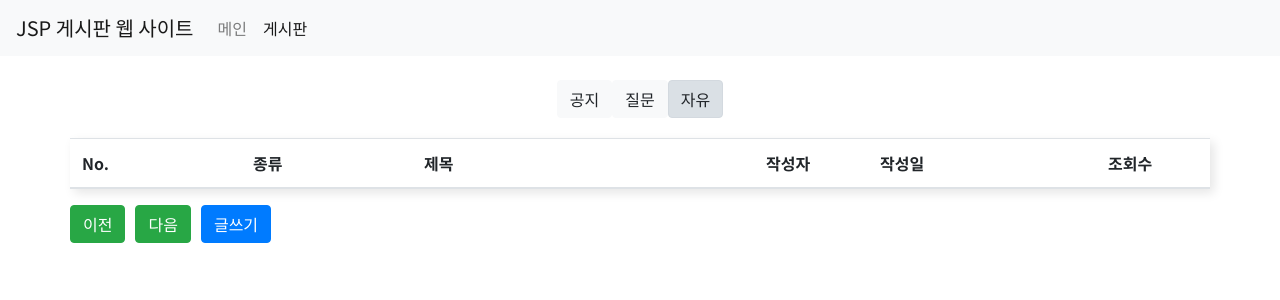
Repository: hz6450/2024-summer-jsp-notice-project
Page: http://localhost/BBS/BBS-FREE.jsp
The author's editor kept a copy of each file at every save. The page is drawn from the files as they stood at one save, then again after the next save.
The browser window is 1280 px wide. The pictures show the whole page.
Some web fonts or font styles are not loaded; a fallback is used. Some web libraries are served in a nearby version. The page is served by Tomcat 10. Other server files are loaded and not shown. Queries for data that is not in the repository find no rows.

Above is the page before, as saved 2024-07-16 04:56:18.

### projects/BBS/src/main/webapp/BBS-FREE.jsp
<%@ page language="java" contentType="text/html; charset=UTF-8"
    pageEncoding="UTF-8"%>
<%@ page import="java.io.PrintWriter"%>
<%@ page import="bbs.BbsDAO"%>
<%@ page import="bbs.Bbs"%>
<%@ page import="java.util.ArrayList"%>
<!DOCTYPE html>
<html>
<link rel="stylesheet" href="css/custom-font.css">
<head>
<meta charset="UTF-8">
<meta name="viewport" content="width=device-width, initial-scale=1">
<title>JSP 게시판 웹 사이트</title>
<link rel="stylesheet"
    href="https://stackpath.bootstrapcdn.com/bootstrap/4.5.2/css/bootstrap.min.css">
<style type="text/css">
/* Custom CSS styles can go here */
#bbs-table {
    box-shadow: 4px 4px 10px rgba(0, 0, 0, 0.1);
}

#bbs-table th, #bbs-table td {
    vertical-align: middle;
}

.btn-arrow-left {
    margin-right: 10px;
}

/* Custom style for button container */
.btn-container {
    display: flex;
    justify-content: center; /* Center align buttons */
    margin-bottom: 20px; /* Add bottom margin for spacing */
}
</style>
</head>

<body>
    <%
    String userID = null;
    if (session.getAttribute("userID") != null) {
        userID = (String) session.getAttribute("userID");

    }
    int pageNumber = 1;
    if (request.getParameter("pageNumber") != null) {
        pageNumber = Integer.parseInt(request.getParameter("pageNumber"));
    }
    %>

    <nav class="navbar navbar-expand-lg navbar-light bg-light">
        <a class="navbar-brand" href="main.jsp">JSP 게시판 웹 사이트</a>
        <button class="navbar-toggler" type="button" data-toggle="collapse"
            data-target="#bs-example-navbar-collapse-1"
            aria-controls="bs-example-navbar-collapse-1" aria-expanded="false"
            aria-label="Toggle navigation">
            <span class="navbar-toggler-icon"></span>
        </button>

        <div class="collapse navbar-collapse"
            id="bs-example-navbar-collapse-1">
            <ul class="navbar-nav mr-auto">
                <li class="nav-item"><a class="nav-link" href="main.jsp">메인</a>
                </li>
                <li class="nav-item active"><a class="nav-link" href="BBS.jsp">게시판</a>
                </li>
            </ul>
        </div>
    </nav>

    <div class="container mt-4">

        <div class="btn-container">
            <button type="button" class="btn btn-light " onclick="location.href='BBS.jsp'">공지</button>
            <button type="button" class="btn btn-light" onclick="location.href='BBS-QUESTION.jsp'">질문</button>
            <button type="button" class="btn btn-light active" onclick="location.href='BBS-FREE.jsp'">자유</button>
        </div>

        <div class="row">
            <table class="table table-striped" id="bbs-table">
                <thead>
                    <tr>
                        <th scope="col" style="width: 15%">No.</th>
                        <th scope="col" style="width: 15%">종류</th>
                        <th scope="col" style="width: 30%">제목</th>
                        <th scope="col" style="width: 10%">작성자</th>
                        <th scope="col" style="width: 20%">작성일</th>
                        <th scope="col">조회수</th>
                    </tr>
                </thead>
                <tbody>
                    <%
                    BbsDAO bbsDAO = new BbsDAO();
                    ArrayList<Bbs> list = bbsDAO.getListFree(pageNumber);
                    for (int i = 0; i < list.size(); i++) {
                    %>
                    <tr>
                        <td><%=list.get(i).getBbsId()%></td>
                        <td><%=list.get(i).getBbsCategory()%></td>
                        <td><a href="view.jsp?bbsID=<%=list.get(i).getBbsId()%>"><%=list.get(i).getBbsTitle()%></a></td>
                        <td><%=list.get(i).getUserID()%></td>
                        <td><%=list.get(i).getBbsDate().substring(0, 16).replace(" ", "<br>")%></td>
                        <td><%=list.get(i).getBbsView()%></td>
                    </tr>
                    <%
                    }
                    %>
                </tbody>
            </table>

            <div class="d-flex justify-content-between align-items-center">
                <a href="BBS.jsp?pageNumber=<%=pageNumber - 1%>"
                    class="btn btn-success btn-arrow-left">이전</a> <a
                    href="BBS.jsp?pageNumber=<%=pageNumber + 1%>"
                    class="btn btn-success btn-arrow-left">다음</a> <a href="write.jsp"
                    class="btn btn-primary">글쓰기</a>
            </div>
        </div>
    </div>

    <script src="https://code.jquery.com/jquery-3.5.1.slim.min.js"></script>
    <script
        src="https://cdn.jsdelivr.net/npm/@popperjs/core@1.16.1/dist/umd/popper.min.js"></script>
    <script
        src="https://stackpath.bootstrapcdn.com/bootstrap/4.5.2/js/bootstrap.min.js"></script>
</body>

</html>

### projects/BBS/src/main/java/bbs/BbsDAO.java
package bbs;

import java.sql.Connection;
import java.sql.DriverManager;
import java.sql.PreparedStatement;
import java.sql.ResultSet;
import java.util.ArrayList;

public class BbsDAO {

	private Connection conn;
	private ResultSet rs;

	public BbsDAO() {
		try {
			String dbURL = "jdbc:mysql://localhost:3306/BBS";
			String dbID = "root";
			String dbPassword = "6450";
			Class.forName("com.mysql.jdbc.Driver");
			conn = DriverManager.getConnection(dbURL, dbID, dbPassword);
		} catch (Exception e) {
			e.printStackTrace();
		}
	}

	public String getDate() {
		String SQL = "SELECT NOW()";
		try {
			PreparedStatement pstmt = conn.prepareStatement(SQL);
			rs = pstmt.executeQuery();
			if (rs.next()) {
				return rs.getString(1);
			}
		} catch (Exception e) {
			e.printStackTrace();
		}
		return "";
	}

	public int getNext() {
		String SQL = "SELECT bbsID FROM BBS ORDER BY bbsID DESC";
		try {
			PreparedStatement pstmt = conn.prepareStatement(SQL);
			rs = pstmt.executeQuery();
			if (rs.next()) {
				return rs.getInt(1) + 1;
			}
		} catch (Exception e) {
			e.printStackTrace();
		}
		return 1;
	}

	public int write(String bbsTitle, String userID, String bbsContent, String bbsCategory) {
		String SQL = "INSERT INTO BBS VALUE(?,?,?,?,?,?,?,?)";
		try {
			PreparedStatement pstmt = conn.prepareStatement(SQL);

			pstmt.setInt(1, getNext());
			pstmt.setString(2, bbsTitle);
			pstmt.setString(3, userID);
			pstmt.setString(4, getDate());
			pstmt.setString(5, bbsContent);
			pstmt.setInt(6, 1);
			pstmt.setInt(7, 0);
			pstmt.setString(8, bbsCategory);
			return pstmt.executeUpdate();
		} catch (Exception e) {
			e.printStackTrace();
		}
		return -1;
	}

	public ArrayList<Bbs> getList(int pageNumber) {
		String SQL = "SELECT * From BBS WHERE bbsID < ? AND bbsCategory=\"공지\" AND bbsAvailable = 1 ORDER BY bbsID DESC LIMIT 5";
		ArrayList<Bbs> list = new ArrayList<Bbs>();
		try {
			PreparedStatement pstmt = conn.prepareStatement(SQL);
			pstmt.setInt(1, getNext() - (pageNumber - 1) * 5);
			rs = pstmt.executeQuery();
			while (rs.next()) {
				Bbs bbs = new Bbs();
				bbs.setBbsId(rs.getInt(1));
				bbs.setBbsTitle(rs.getString(2));
				bbs.setUserID(rs.getString(3));
				bbs.setBbsDate(rs.getString(4));
				bbs.setBbsContent(rs.getString(5));
				bbs.setBbsAvailable(rs.getInt(6));
				bbs.setBbsView(rs.getInt(7));
				bbs.setBbsCategory(rs.getString(8));
				list.add(bbs);
			}
		} catch (Exception e) {
			e.printStackTrace();
		}
		return list;
	}

	public ArrayList<Bbs> getListFree(int pageNumber) {
		String SQL = "SELECT * From BBS WHERE bbsID < ? AND bbsCategory=\"자유\" AND bbsAvailable = 1 ORDER BY bbsID DESC LIMIT 5";
		ArrayList<Bbs> list = new ArrayList<Bbs>();
		try {
			PreparedStatement pstmt = conn.prepareStatement(SQL);
			pstmt.setInt(1, getNext() - (pageNumber - 1) * 5);
			rs = pstmt.executeQuery();
			while (rs.next()) {
				Bbs bbs = new Bbs();
				bbs.setBbsId(rs.getInt(1));
				bbs.setBbsTitle(rs.getString(2));
				bbs.setUserID(rs.getString(3));
				bbs.setBbsDate(rs.getString(4));
				bbs.setBbsContent(rs.getString(5));
				bbs.setBbsAvailable(rs.getInt(6));
				bbs.setBbsView(rs.getInt(7));
				bbs.setBbsCategory(rs.getString(8));
				list.add(bbs);
			}
		} catch (Exception e) {
			e.printStackTrace();
		}
		return list;
	}

	public ArrayList<Bbs> getListQuestion(int pageNumber) {
		String SQL = "SELECT * From BBS WHERE bbsID < ? AND bbsCategory=\"질문\" AND bbsAvailable = 1 ORDER BY bbsID DESC LIMIT 5";
		ArrayList<Bbs> list = new ArrayList<Bbs>();
		try {
			PreparedStatement pstmt = conn.prepareStatement(SQL);
			pstmt.setInt(1, getNext() - (pageNumber - 1) * 5);
			rs = pstmt.executeQuery();
			while (rs.next()) {
				Bbs bbs = new Bbs();
				bbs.setBbsId(rs.getInt(1));
				bbs.setBbsTitle(rs.getString(2));
				bbs.setUserID(rs.getString(3));
				bbs.setBbsDate(rs.getString(4));
				bbs.setBbsContent(rs.getString(5));
				bbs.setBbsAvailable(rs.getInt(6));
				bbs.setBbsView(rs.getInt(7));
				bbs.setBbsCategory(rs.getString(8));
				list.add(bbs);
			}
		} catch (Exception e) {
			e.printStackTrace();
		}
		return list;
	}

	public boolean nextPage(int pageNumber) {
		String SQL = "SELECT * From BBS WHERE bbsAvailable = 1 ORDER BY bbsID DESC LIMIT 20";
		try {
			PreparedStatement pstmt = conn.prepareStatement(SQL);
			pstmt.setInt(1, getNext() - (pageNumber - 1) * 5);
			rs = pstmt.executeQuery();
			if (rs.next()) {
				return true;
			}
		} catch (Exception e) {
			e.printStackTrace();
		}
		return false;
	}

	public Bbs getBbs(int bbsID) {
		String SQL = "SELECT * FROM BBS WHERE bbsID = ?";
		try {
			PreparedStatement pstmt = conn.prepareStatement(SQL);
			pstmt.setInt(1, bbsID);
			rs = pstmt.executeQuery();
			if (rs.next()) {
				Bbs bbs = new Bbs();
				bbs.setBbsId(rs.getInt(1));
				bbs.setBbsTitle(rs.getString(2));
				bbs.setUserID(rs.getString(3));
				bbs.setBbsDate(rs.getString(4));
				bbs.setBbsContent(rs.getString(5));
				bbs.setBbsAvailable(rs.getInt(6));
				int bbsView = rs.getInt(7);
				bbs.setBbsCategory(rs.getString(8));
				bbs.setBbsView(bbsView);
				bbsView = bbsView + 1;
				countUpdate(bbsView, bbsID);
				return bbs;
			}
		} catch (Exception e) {
			e.printStackTrace();
		}
		return null;
	}

	public int countUpdate(int bbsCount, int bbsID) {
		String SQL = "update bbs set bbsViews = ? where bbsID = ?";
		try {
			PreparedStatement pstmt = conn.prepareStatement(SQL);
			pstmt.setInt(1, bbsCount);// 물음표의 순서
			pstmt.setInt(2, bbsID);
			return pstmt.executeUpdate();// insert,delete,update
		} catch (Exception e) {
			e.printStackTrace();
		}
		return -1;// 데이터베이스 오류
	}

	public int update(int bbsID, String bbsTitle, String bbsContent) {
		String SQL = "UPDATE BBS SET bbsTitle = ?, bbsContent= ? WHERE bbsID = ?";
		try {
			PreparedStatement pstmt = conn.prepareStatement(SQL);

			pstmt.setString(1, bbsTitle);
			pstmt.setString(2, bbsContent);
			pstmt.setInt(3, bbsID);

			return pstmt.executeUpdate();
		} catch (Exception e) {
			e.printStackTrace();
		}
		return -1;
	}

	public int delete(int bbsID) {
		String SQL = "DELETE FROM BBS WHERE bbsID = ?";
		try {
			PreparedStatement pstmt = conn.prepareStatement(SQL);
			pstmt.setInt(1, bbsID);

			return pstmt.executeUpdate();
		} catch (Exception e) {
			e.printStackTrace();
		}
		return -1;
	}
}

### projects/BBS/src/main/webapp/css/custom-font.css
@charset "UTF-8";

@import url(http://fonts.googleapis.com/earlyaccess/nanumgothic.css);

@import url(http://fonts.googleapis.com/earlyaccess/hanna.css);

@import url('https://fonts.googleapis.com/css2?family=Noto+Sans+KR:wght@100..900&display=swap');

* {
	font-family: "Noto Sans KR";
}

h1 {
	font-family: "Hanna";
}

After the next save:
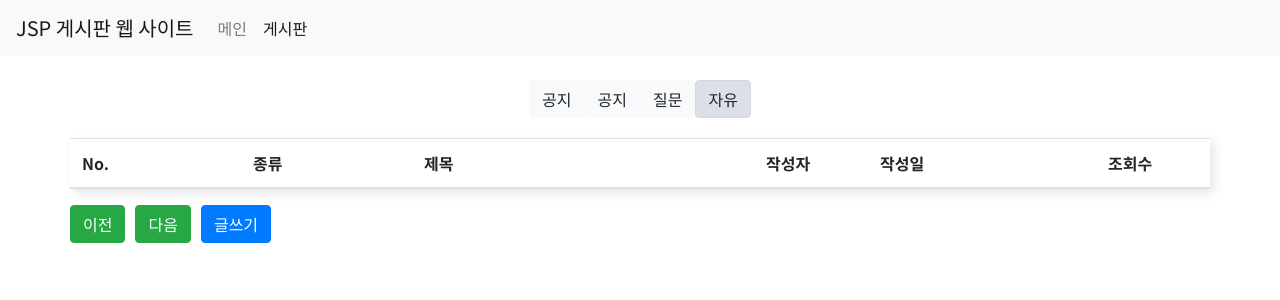
Saved 113 s later.
--- a/projects/BBS/src/main/webapp/BBS-FREE.jsp
+++ b/projects/BBS/src/main/webapp/BBS-FREE.jsp
@@ -72,7 +72,8 @@
     <div class="container mt-4">
 
         <div class="btn-container">
-            <button type="button" class="btn btn-light " onclick="location.href='BBS.jsp'">공지</button>
+        <button type="button" class="btn btn-light " onclick="location.href='BBS.jsp'">공지</button>
+            <button type="button" class="btn btn-light " onclick="location.href='BBSQuestion.jsp'">공지</button>
             <button type="button" class="btn btn-light" onclick="location.href='BBS-QUESTION.jsp'">질문</button>
             <button type="button" class="btn btn-light active" onclick="location.href='BBS-FREE.jsp'">자유</button>
         </div>
